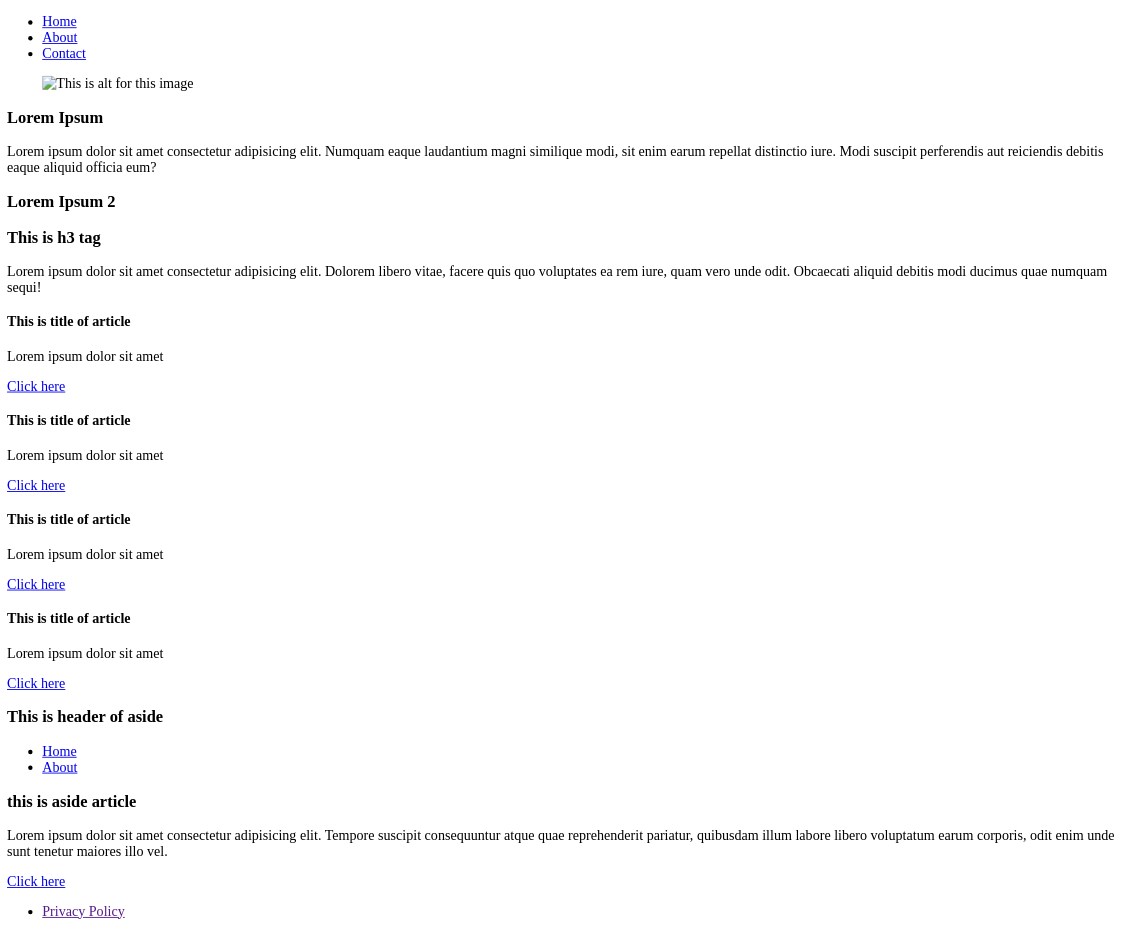
Repository: fisikusari/test-repo
Page: index.html
These files come from the project's save history. The page is drawn as it stood at one moment and after the next save; the edit follows.
The browser window is 1280 px wide. The pictures show the whole page, at 88% of full size.

Above is the page before, as saved 2021-11-11 18:32:27.

After the next save:
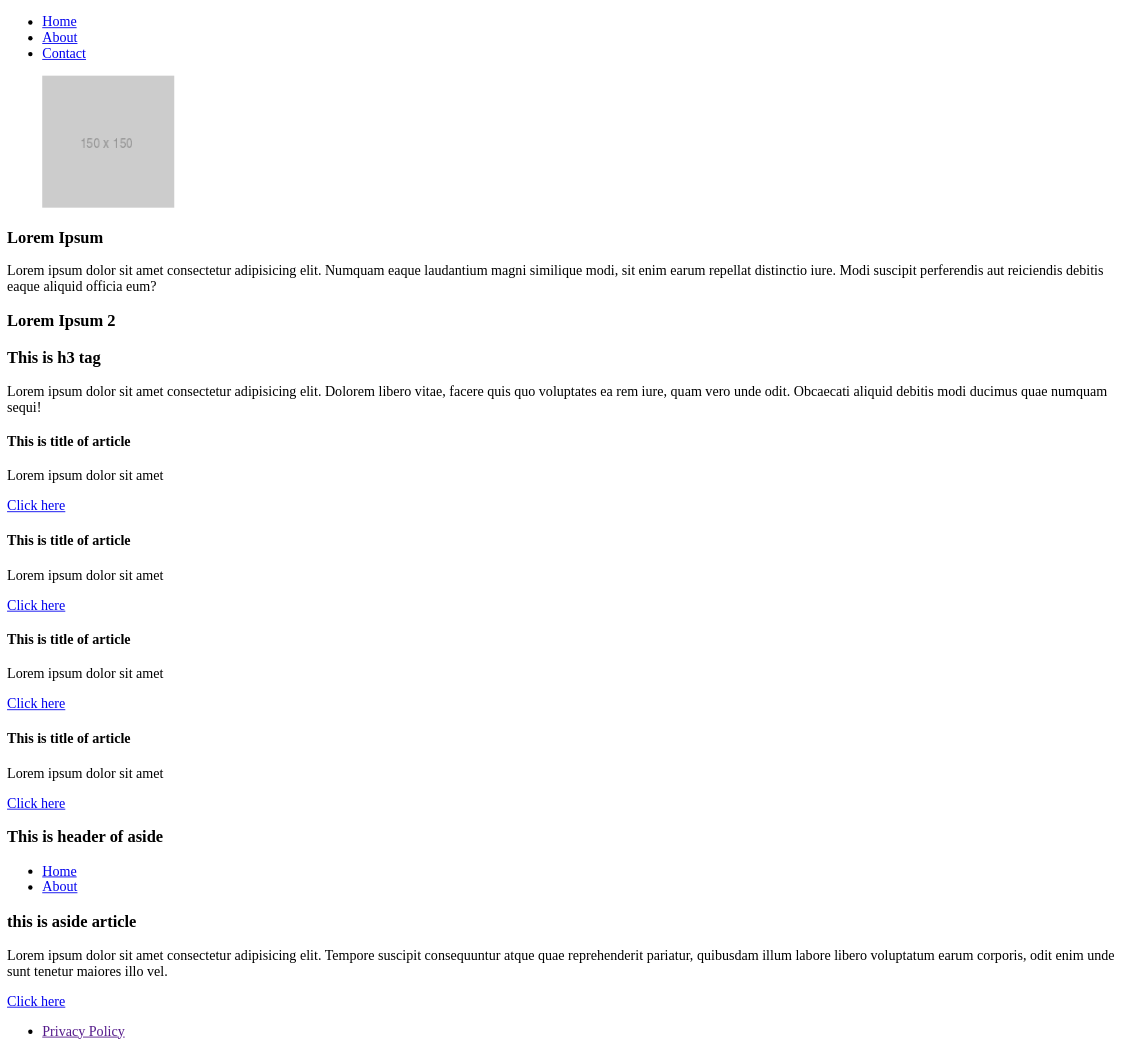
Saved 5 min 52 s later.
--- a/index.html
+++ b/index.html
@@ -21,7 +21,7 @@
   <section class="main">
     <section>
       <figure>
-        <img src="" alt="This is alt for this image">
+        <img src="assets/150.png" alt="This is alt for this image">
       </figure>
       <h1>Lorem Ipsum</h1>
       <p>Lorem ipsum dolor sit amet consectetur adipisicing elit. Numquam eaque laudantium magni similique modi, sit enim earum repellat distinctio iure. Modi suscipit perferendis
